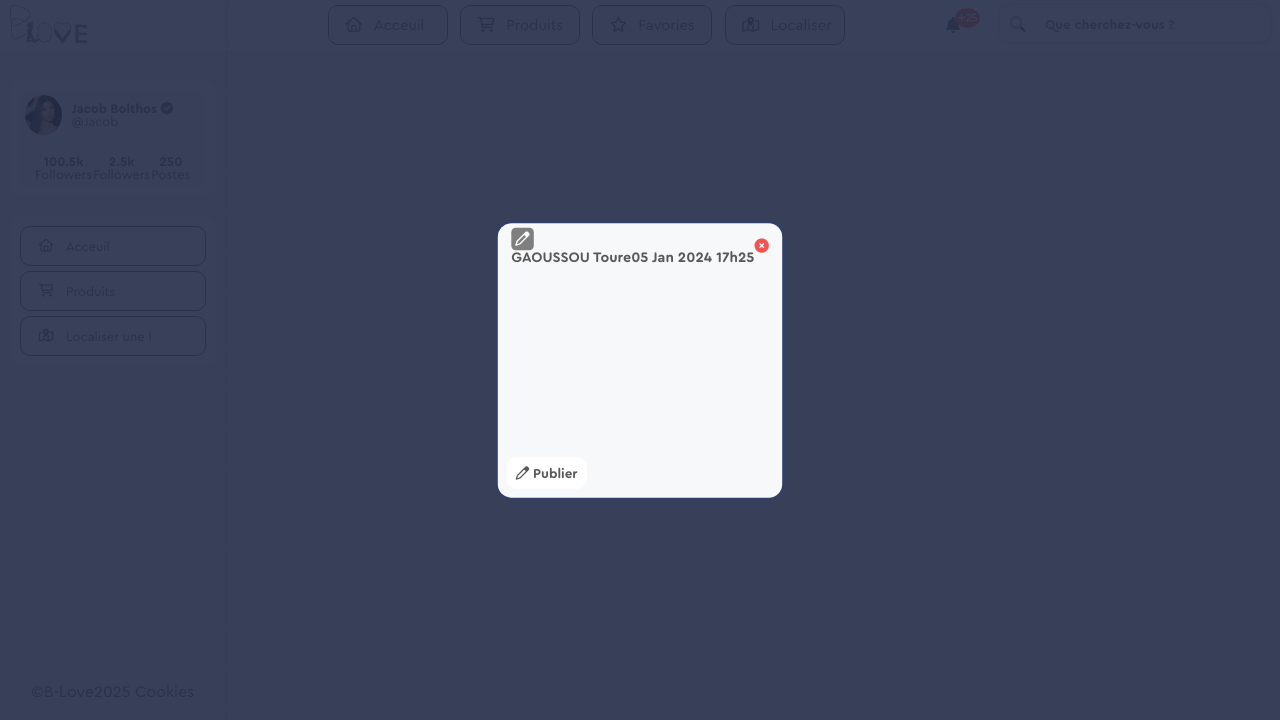
Repository: moomoony-log/b-love
Page: /home
These files come from the project's save history. The page is drawn as it stood at one moment and after the next save; the edit follows.
The browser window is 1280 px wide. The pictures show the whole page.
The project was rebuilt for these pictures with package versions that can differ from the ones it lists, and the page was loaded fresh each time. Also part of the build but not shown: vite.config.ts, src/rules/legacy.tsx, src/rules/privacy.tsx, src/components/basic/notification.tsx, src/view/auth.tsx, src/view/main/acceuil.tsx, src/view/main/dashbord.tsx, src/view/main/info-account.tsx and 3 more.

Above is the page before, as saved 2025-10-14 19:06:33.

After the next save:
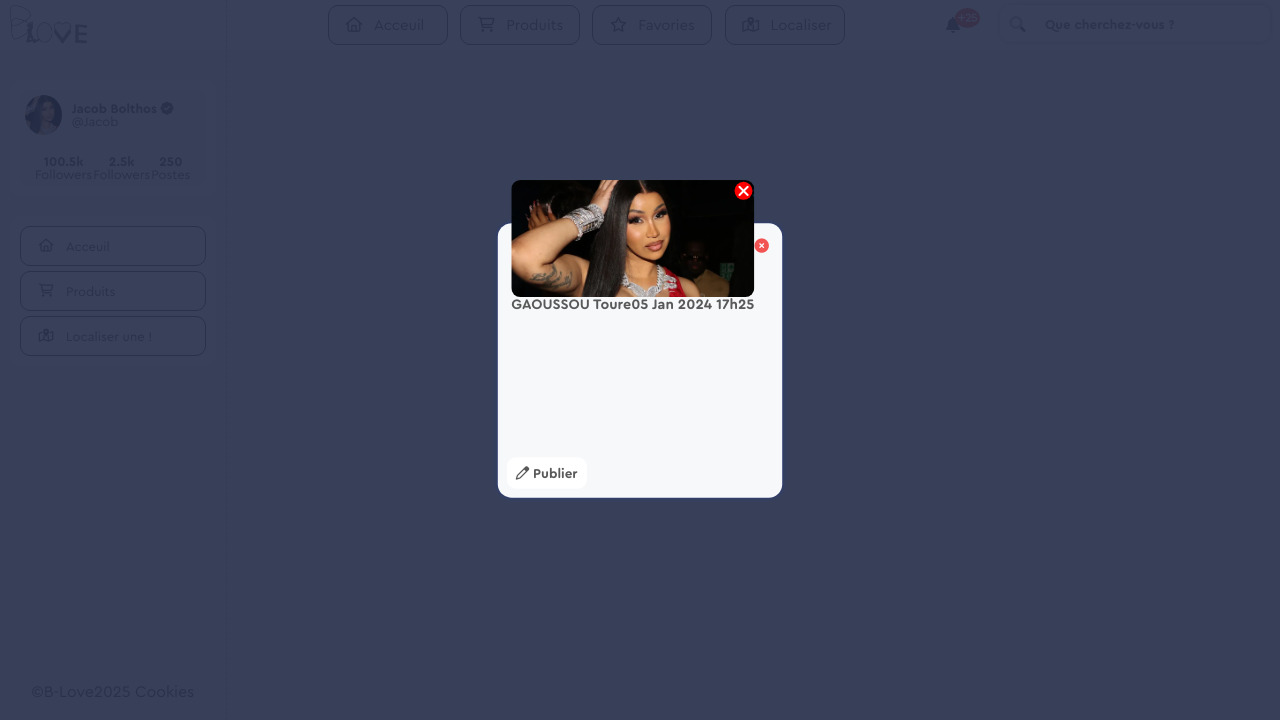
Saved 75 s later.
--- a/src/components/basic/modals/pubItem.tsx
+++ b/src/components/basic/modals/pubItem.tsx
@@ -7,7 +7,7 @@ const ItemPub = () => {
                 <div className="box">
                     <div className="modal-head">
                         <div className="title">
-                            <i className="fa-regular fa-pen"></i>
+                            <div className="cont-account-img" data-name="publication"><img src="../img/cardi_b.webp"/></div>
                             <div className="identity">
                                 <span>GAOUSSOU Toure</span>
                                 <span>05 Jan 2024 17h25</span>
